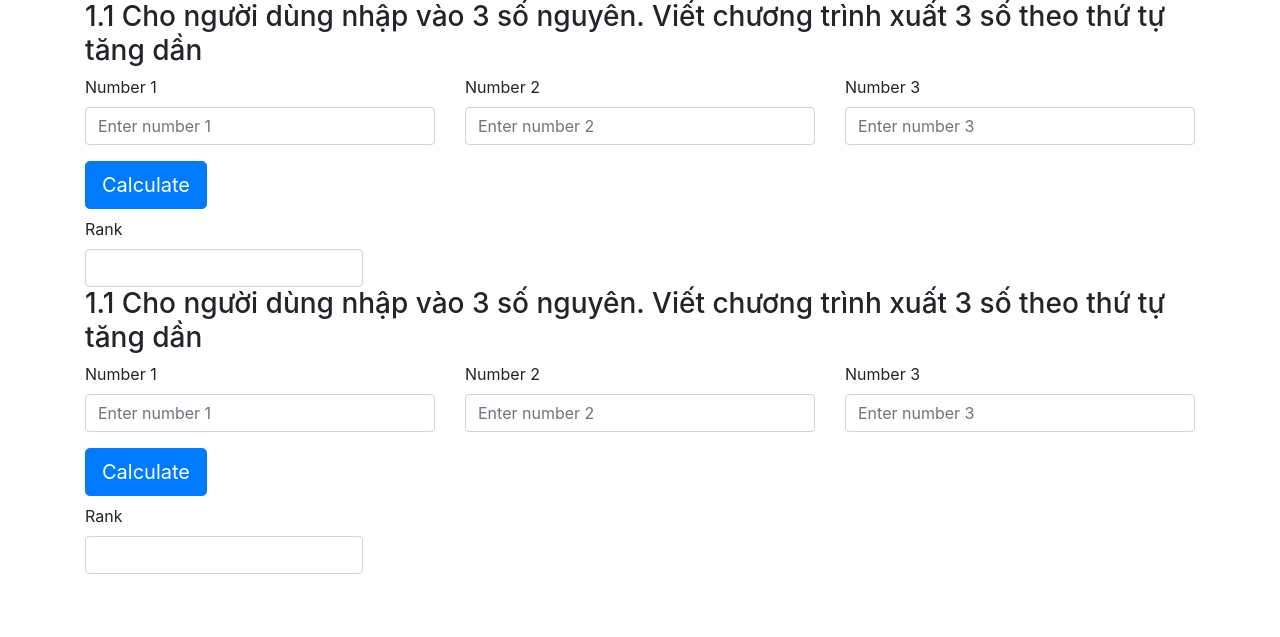
Repository: baobaodeveloper/bootscamp21__jsbasic__HuynhAnhBao
Page: index.html
The author's editor kept a copy of each file at every save. The page is drawn from the files as they stood at one save, then again after the next save.
The browser window is 1280 px wide. The pictures show the whole page.

Above is the page before, as saved 2022-03-09 23:48:06.

After the next save:
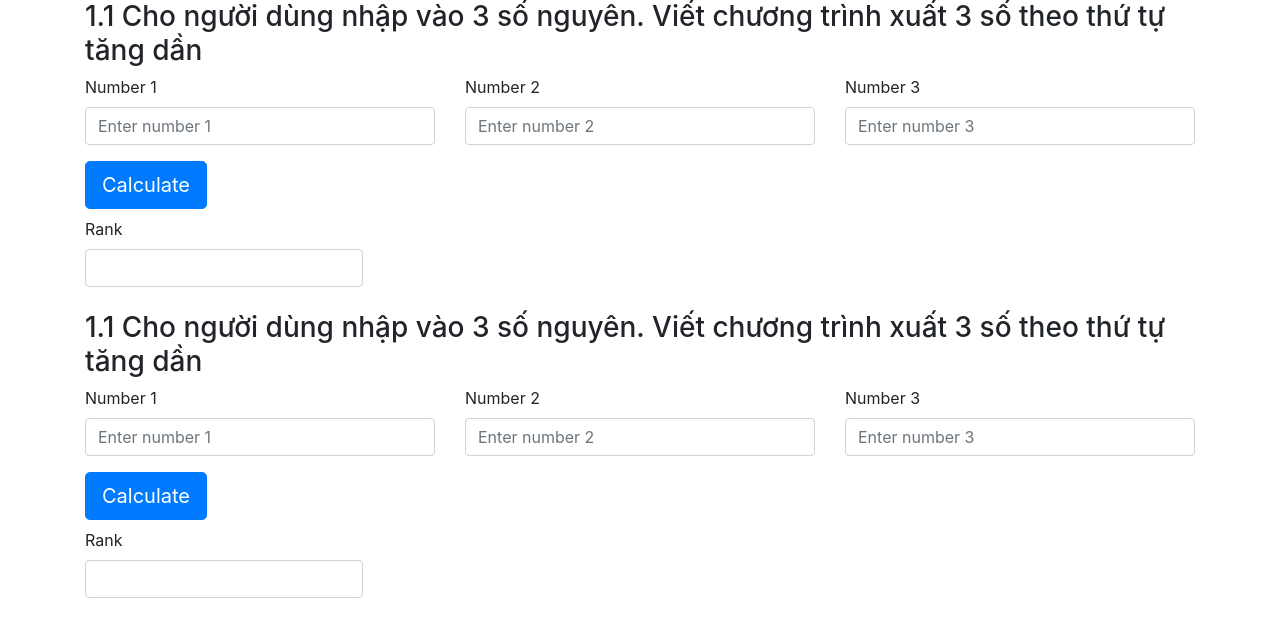
Saved 16 s later.
--- a/index.html
+++ b/index.html
@@ -19,7 +19,7 @@
   </head>
   <body>
     <!-- Cho người dùng nhập vào 3 số nguyên. Viết chương trình xuất 3 số theo thứ tự tăng dần -->
-    <div class="container">
+    <div class="container mb-4">
       <h3>
         1.1 Cho người dùng nhập vào 3 số nguyên. Viết chương trình xuất 3 số
         theo thứ tự tăng dần
@@ -63,8 +63,8 @@
     </div>
 
     <!-- Viết chương trình “Chào hỏi” các thành viên trong gia đình với các đặc điểm. Đầu tiên máy
-sẽ hỏi ai sử dụng máy. Sau đó dựa vào câu trả lời và đưa ra lời chào phù hợp. Giả sử trong
-gia đình có 4 thành viên: Bố (B), Mẹ (M), anh Trai (A) và Em gái (E) -->
+    sẽ hỏi ai sử dụng máy. Sau đó dựa vào câu trả lời và đưa ra lời chào phù hợp. Giả sử trong
+    gia đình có 4 thành viên: Bố (B), Mẹ (M), anh Trai (A) và Em gái (E) -->
     <div class="container">
       <h3>
         1.1 Cho người dùng nhập vào 3 số nguyên. Viết chương trình xuất 3 số
